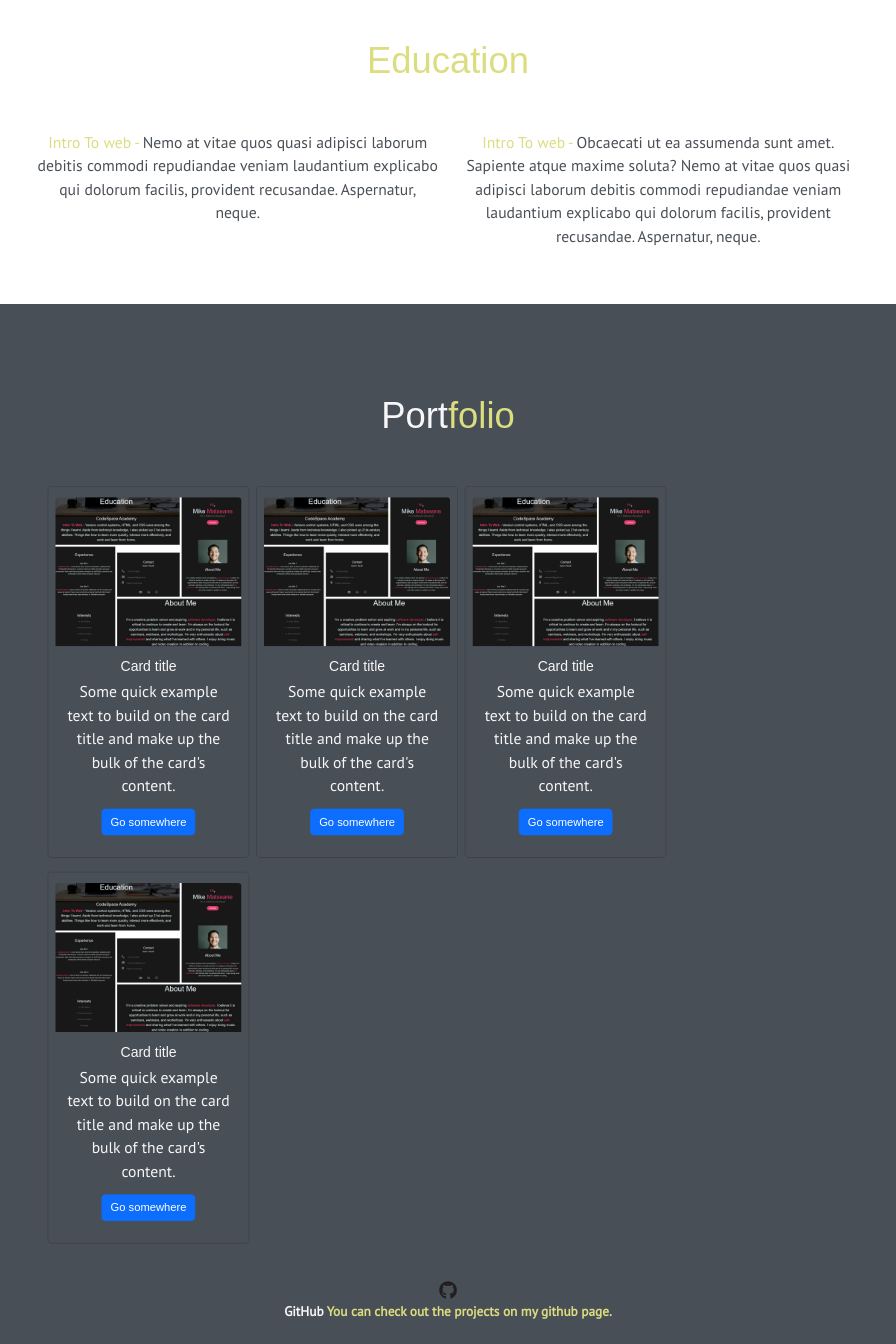
Repository: mikempho/resume10-Final
Page: resume10.html
The author's editor kept a copy of each file at every save. The page is drawn from the files as they stood at one save, then again after the next save.
The browser window is 1280 px wide. The pictures show the part of the page from y = 1755 to 3675 px (the page is 4379 px tall), at 70% of full size.
Some web fonts or font styles are not loaded; a fallback is used. Some web libraries are served in a nearby version.

Above is the page before, as saved 2022-05-19 18:12:14.

### resume10.html
<html lang="en">
<head>
    <meta charset="UTF-8">
    <meta http-equiv="X-UA-Compatible" content="IE=edge">
    <meta name="viewport" content="width=device-width, initial-scale=1.0">
    <title>Mike Matseane</title>
    <!-- CSS only -->
    <link href="https://cdn.jsdelivr.net/npm/bootstrap@5.2.0-beta1/dist/css/bootstrap.min.css" rel="stylesheet" integrity="sha384-0evHe/X+R7YkIZDRvuzKMRqM+OrBnVFBL6DOitfPri4tjfHxaWutUpFmBp4vmVor" crossorigin="anonymous">

    <!-- Google Font -->
    <link rel="preconnect" href="https://fonts.googleapis.com">
    <link rel="preconnect" href="https://fonts.gstatic.com" crossorigin>
    <link href="https://fonts.googleapis.com/css2?family=PT+Sans&family=Paytone+One&display=swap" rel="stylesheet">

    <!-- CSS StyleSheet -->
    <link rel="stylesheet" href="./css/style.css">
</head>
<body>
    <!-- landing Section -->
    <header id="header">

        <!-- navbar section -->
        <nav class="navbar navbar-expand-lg">
            <div class="container-fluid justify-content-end fixed-position">
                <button class="navbar-toggler" type="button" data-bs-toggle="collapse" data-bs-target="#navbarSupportedContent" aria-controls="navbarSupportedContent" aria-expanded="false" aria-label="Toggle navigation">
                    <span class="navbar-toggler-icon"></span>
                </button>
                <div class="collapse navbar-collapse text-center mt-5" id="navbarSupportedContent">
                    <ul id="my-nav" class="navbar-nav me-auto mb-2 mb-lg-0">
                        <li class="nav-item">
                            <a class="nav-link nav-names" aria-current="page" href="#contact-section">Contact</a>
                        </li>
                        <li class="nav-item">
                            <a class="nav-link nav-names" aria-current="page" href="#portfolio-section">Portfolio</a>
                        </li>
                        <li class="nav-item">
                            <a class="nav-link nav-names" aria-current="page" href="#about-me-section">About Me</a>
                        </li>
                    </ul>
                </div>
            </div>
        </nav>

        <!-- hero section -->
        <div class="container-fluid hero">
            <div class="row">
                <div class="content-box col-md-6 text-align-left">
                    <h1><span>Mike</span> Matseane</h1>
                    <p>I'm an innovative web developer and video editor located in South Africa, Pretoria.</p>
                    <div class="icon-box">
                        <h6>Socials</h6>
                        <!-- Social Icons -->
                        <a href="#"><i class="fa-brands fa-instagram"></i></a>
                        <a href="#"><i class="fa-brands fa-facebook-f"></i></a>
                        <a href="#"><i class="fa-brands fa-twitter"></i></a>
                        <a href="#"><i class="fa-brands fa-linkedin"></i></a>

                    </div>
                </div>
                <!-- Illustration -->
                <div class="hero-section-img col-md-6">
                    <img src="./assets/img/undraw_laravel_and_vue_-59-tp.svg" alt="">
                </div>
            </div>
        </div>
    </header>

    <main>

        <!-- skill-stacks-tools -->
        <section id="tech-stacks-tools">
            <h6 class="sub-heading">Tech stacks and tools I Use</h6>

            <!-- Bootstrap Carousel -->
            <div id="carouselExampleSlidesOnly" class="carousel slide" data-bs-ride="carousel">
                <div class="carousel-inner">
                  <!-- Html  -->
                  <div class="carousel-item active " >
                    <img src="./assets/img/html.png"  alt="...">
                    <h6>Html</h6>
                  </div>

                  <!-- Css  -->
                  <div class="carousel-item">
                    <img src="./assets/img/css.png"  alt="...">
                    <h6>CSS</h6>
                  </div>

                  <!-- Bootstrap  -->
                  <div class="carousel-item">
                    <img src="./assets/img/bootstrap-logo.png"  alt="...">
                    <h6>Bootstrap</h6>
                  </div>

                  <!-- Github  -->
                  <div class="carousel-item">
                    <img src="./assets/img/GitHub_logo.png"  alt="...">
                    <h6>Github</h6>
                  </div>

                  <!-- Visual Studio Code  -->
                  <div class="carousel-item ">
                    <img src="./assets/img/visual-studio-code.png" alt="...">
                    <h6>visual-studio-code</h6>
                  </div>

                </div>
              </div>
        </section>

        <!-- about me section -->
        <section id="about-me-section">
            <div class="container-fluid">
                <div class="row">
                    <div class="col-md-6">
                        <!-- Responsive-->
                        <picture>
                            <source media="(max-width: 765px)" srcset="./assets/img/mobile-img.png">
                            <source media="(max-width: 992px)" srcset="./assets/img/tablet-img.png">
                            <img src="./assets/img/laptop-img.png" alt="my-profile-picture">
                        </picture>
                    </div>
                    <div class="col-md-6 content-box">
                        <h1>About <span>Me</span></h1>
                        <p>I'm a creative problem solver and aspiring software developer. I believe it is critical to continue to create and learn. I'm always on the lookout for opportunities to learn and grow at work and in my personal life, such as seminars, webinars, and workshops. I'm very enthusiastic about self-improvement and sharing what I've learned with others. I enjoy creating music, producing and editing video content in addition to coding.</p>
                    </div>
                </div>
            </div>
        </section>

        <!-- education section -->
        <section id="education-section">
            <h1><span>Education</span></h1>
            <div class="row">
                <div class="education-box col-sm-6">
                    <p><span>Intro To web -</span> Nemo at vitae quos quasi adipisci laborum debitis commodi repudiandae veniam laudantium explicabo qui dolorum facilis, provident recusandae. Aspernatur, neque.</p>
                </div>
                <div class="education-box col-sm-6">
                    <p><span>Intro To web - </span>Obcaecati ut ea assumenda sunt amet. Sapiente atque maxime soluta? Nemo at vitae quos quasi adipisci laborum debitis commodi repudiandae veniam laudantium explicabo qui dolorum facilis, provident recusandae. Aspernatur, neque.</p>
                </div>
            </div>
        </section>

        <!-- portfolio section -->
        <section id="portfolio-section">
            <div class="container-fluid">
                <h1>Port<span>folio</span></h1>
                <div class="row project-container">
                    <div class="card project-box" style="width: 18rem;">
                        <img src="./assets/img/resume-portfolio.png" class="card-img-top" alt="...">
                        <div class="card-body">
                          <h5 class="card-title">Card title</h5>
                          <p class="card-text">Some quick example text to build on the card title and make up the bulk of the card's content.</p>
                          <a href="#" class="btn btn-primary">Go somewhere</a>
                        </div>
                    </div>
                    <div class="card project-box" style="width: 18rem;">
                        <img src="./assets/img/resume-portfolio.png" class="card-img-top" alt="...">
                        <div class="card-body">
                          <h5 class="card-title">Card title</h5>
                          <p class="card-text">Some quick example text to build on the card title and make up the bulk of the card's content.</p>
                          <a href="#" class="btn btn-primary">Go somewhere</a>
                        </div>
                    </div>
                    <div class="card project-box" style="width: 18rem;">
                        <img src="./assets/img/resume-portfolio.png" class="card-img-top" alt="...">
                        <div class="card-body">
                          <h5 class="card-title">Card title</h5>
                          <p class="card-text">Some quick example text to build on the card title and make up the bulk of the card's content.</p>
                          <a href="#" class="btn btn-primary">Go somewhere</a>
                        </div>
                    </div>
                    <div class="card project-box" style="width: 18rem;">
                        <img src="./assets/img/resume-portfolio.png" class="card-img-top" alt="...">
                        <div class="card-body">
                          <h5 class="card-title">Card title</h5>
                          <p class="card-text">Some quick example text to build on the card title and make up the bulk of the card's content.</p>
                          <a href="#" class="btn btn-primary">Go somewhere</a>
                        </div>
                    </div>

                </div>

                <!-- Github link -->
                <div class="github-link">
                    <a href="#"><i class="fa-brands fa-github"></i></a>
                    <h6>GitHub <span>You can check out the projects on my github page.</span></h6>
                </div>
            </div>
        </section>

        <!-- contact-section -->
        <section id="contact-section">
            <div class="container-fluid">
                <h1>Contact <span>Information</span></h1>
                <div class="contact-box row">

                    <!-- Social icons (Links) -->
                    <div class="social-icons col-md-2">
                        <a href="#"><i class="fa-brands fa-instagram"></i></a>
                        <a href="#"><i class="fa-brands fa-facebook-f"></i></a>
                        <a href="#"><i class="fa-brands fa-twitter"></i></a>
                        <a href="#"><i class="fa-brands fa-linkedin"></i></a>
                    </div>
                    <div class="contact-info col-md-10">
                        <!-- email -->
                        <div class="email">
                            <h4>Email</h4>
                            <p>mikempho03@gmail.com</p>
                        </div>

                        <!-- location -->
                        <div class="location">
                            <h4>Location</h4>
                            <p>South Africa, Pretoria</p>
                        </div>

                        <!-- Phone -->
                        <div class="phone">
                            <h4>Phone</h4>
                            <p>068 145 4883</p>
                        </div>
                    </div>
                </div>
                <h5 class="home"><a href="#header"><img src="./assets/img/arrow-up-solid.svg" alt=""></a></h5>
            </div>
        </section>
    </main>
    <!-- Font Awesome -->
    <script src="https://kit.fontawesome.com/80b57f53cf.js" crossorigin="anonymous"></script>

    <!-- JavaScript Bundle with Popper -->
    <script src="https://cdn.jsdelivr.net/npm/bootstrap@5.2.0-beta1/dist/js/bootstrap.bundle.min.js" integrity="sha384-pprn3073KE6tl6bjs2QrFaJGz5/SUsLqktiwsUTF55Jfv3qYSDhgCecCxMW52nD2" crossorigin="anonymous"></script>
</body>
</html>

### css/style.css
/* Universal */

body {
    margin: 0;
    box-sizing: border-box;
    color: #494F56;
    font-family: 'Paytone One', sans-serif;
    text-align: center;
}

h1 {
    font-size: 35px;
}

h6 {
    font-size: 13px;
    font-family: 'PT Sans', sans-serif;
    font-weight: bold;
}

p {
    font-size: 1rem;
    font-family: 'PT Sans', sans-serif;
}

span {
    color: #DBDD80;
}

a i:hover {
    color: #DBDD80;
    transition:0.6s;
    transform: translateY(-10px)
}

/* header section*/
#header {
    background-color: #EBEBEB;
}

/* navbar */
.nav-names {
    text-transform: uppercase;
    margin: 5px 0;
}

/* hero section */
.hero, #education-section{
    padding: 20% 4% 5% 4%;
}

.icon-box {
    margin: 15% 0;
}

#header i {
    font-size: 21px;
    margin: 5px 8px;
    color: #231F20;
    transition:1s;
}

.hero-section-img img {
    width: 250px;
}

/* skill-stacks-tools */
#tech-stacks-tools {
    background-color: #EBEBEB;

}

.carousel-item img {
    width: 100px;
    padding: 15px;
}

#tech-stacks-tools .sub-heading{
    text-transform: capitalize;
    padding: 20px;
}

/* about-me-section */
/* Dark Background */
#about-me-section, #portfolio-section{
    padding: 20% 4%;
    background-color: #494F56;
    color: #F7F7F9;
}

#about-me-section img{
    width: 90%;
    padding-top: 10px;
}

/* portfolio section */
.project-box {
    margin:10px 5px;
    padding: 15px 10px;
    background-color: #494F56;
}

.project-box h1 {
    text-transform: uppercase;
    font-size: 20px;
}

.project-container, .education-box{
    margin: 60px 0 0 0;
}

.github-link {
    margin-top: 40px;
}

.github-link i, .social-icons i {
    font-size: 26px;
    margin: 5px 8px;
    color: #231F20;
    transition:1s;
}

/* contact-section */
#contact-section {
    padding: 20% 4%;
}

.social-icons {
    margin: 10% 0 8% 0;
}

.contact-info {
    text-align: left;
    margin-left:5% ;
}

.home img{
    width: 5%;
    transition:1s;
    position: absolute;
    right: 25px;
    top: 30rem;
    position: fixed;
}

.home img:hover {
    transition:0.6s;
    transform: translateY(-10px);
}

/* Tablet Responsive */
@media screen and (min-width:768px) {
    /* header section*/
    .navbar {
        padding: 30px 50px 5px  50px;
    }
    .content-box {
        text-align: left;
    }

    .hero {
        padding: 20% 8% 5% 10%;
    }

    #education-section, #about-me-section, #portfolio-section, #contact-section{
        padding: 10% 4% 5% 4%;
    }

    /* contact section */
    .social-icons a {
        display: block;
        width: 10%;
        padding-top: 10px ;
    }

    .social-icons {
        padding-left: 60px;
    }

    .contact-info div{
        display: inline-block;
        margin: 0 20px;
    }

   .contact-info {
       margin-left: 0%;
   }

   #contact-section .row {
       align-items: center;
   }

}

/* Laptop and desktop Responsive */

@media screen and (min-width:992px){

    /* font resize */
    h1 {
        font-size: 52px;
    }

    h6 {
        font-size: 19px;

    }

    p {
        font-size: 1.4rem;
    }

    /* header */
    #my-nav {
        justify-content: space-around;
        width: 100%;
        background-color: #EBEBEB;
    }

    .navbar {
        padding: 0px 70px;
    }
}

After the next save:
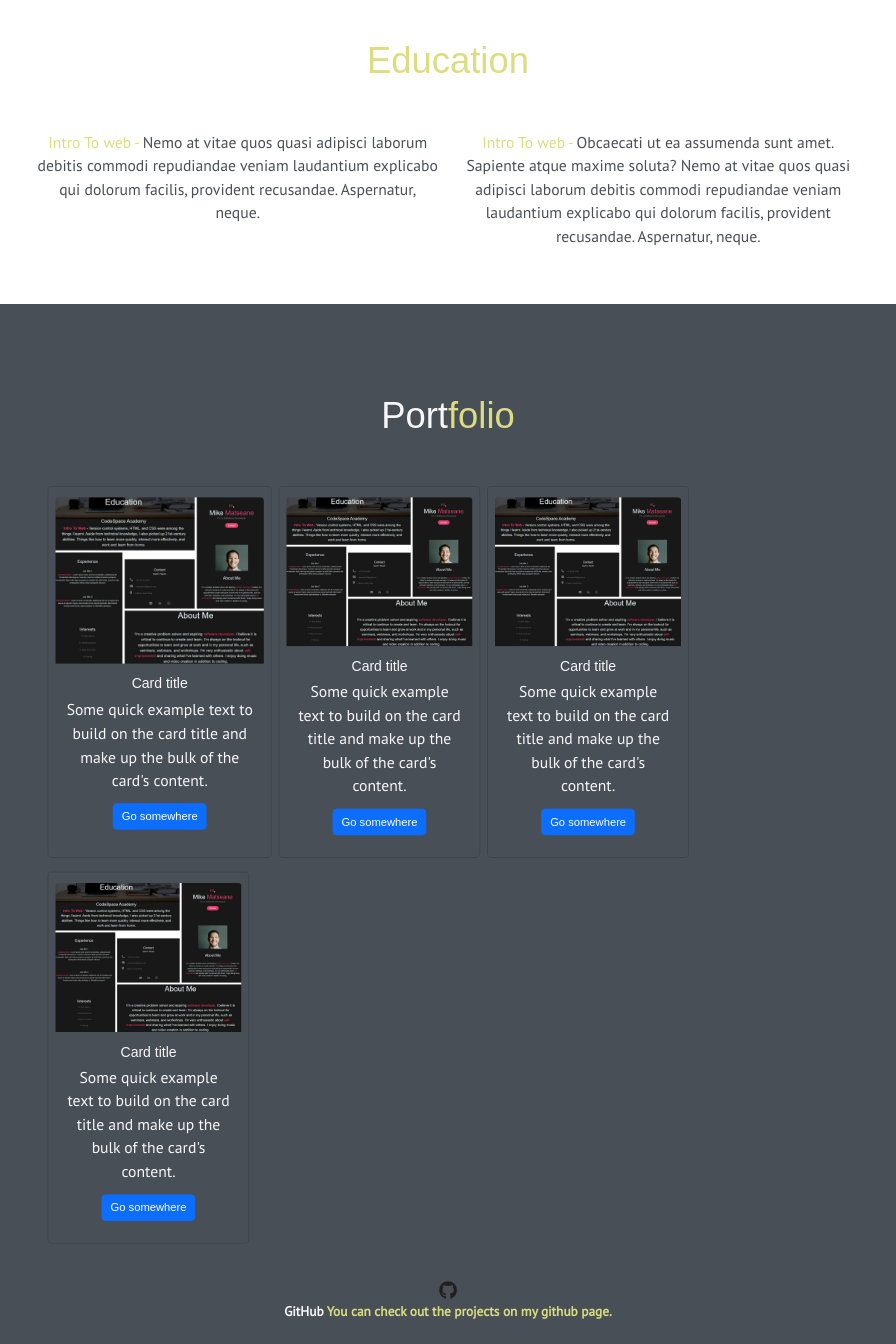
Saved 2 min 12 s later.
--- a/resume10.html
+++ b/resume10.html
@@ -146,7 +146,7 @@
             <div class="container-fluid">
                 <h1>Port<span>folio</span></h1>
                 <div class="row project-container">
-                    <div class="card project-box" style="width: 18rem;">
+                    <div class="card project-box" style="width: 20rem;">
                         <img src="./assets/img/resume-portfolio.png" class="card-img-top" alt="...">
                         <div class="card-body">
                           <h5 class="card-title">Card title</h5>

After the save that followed:
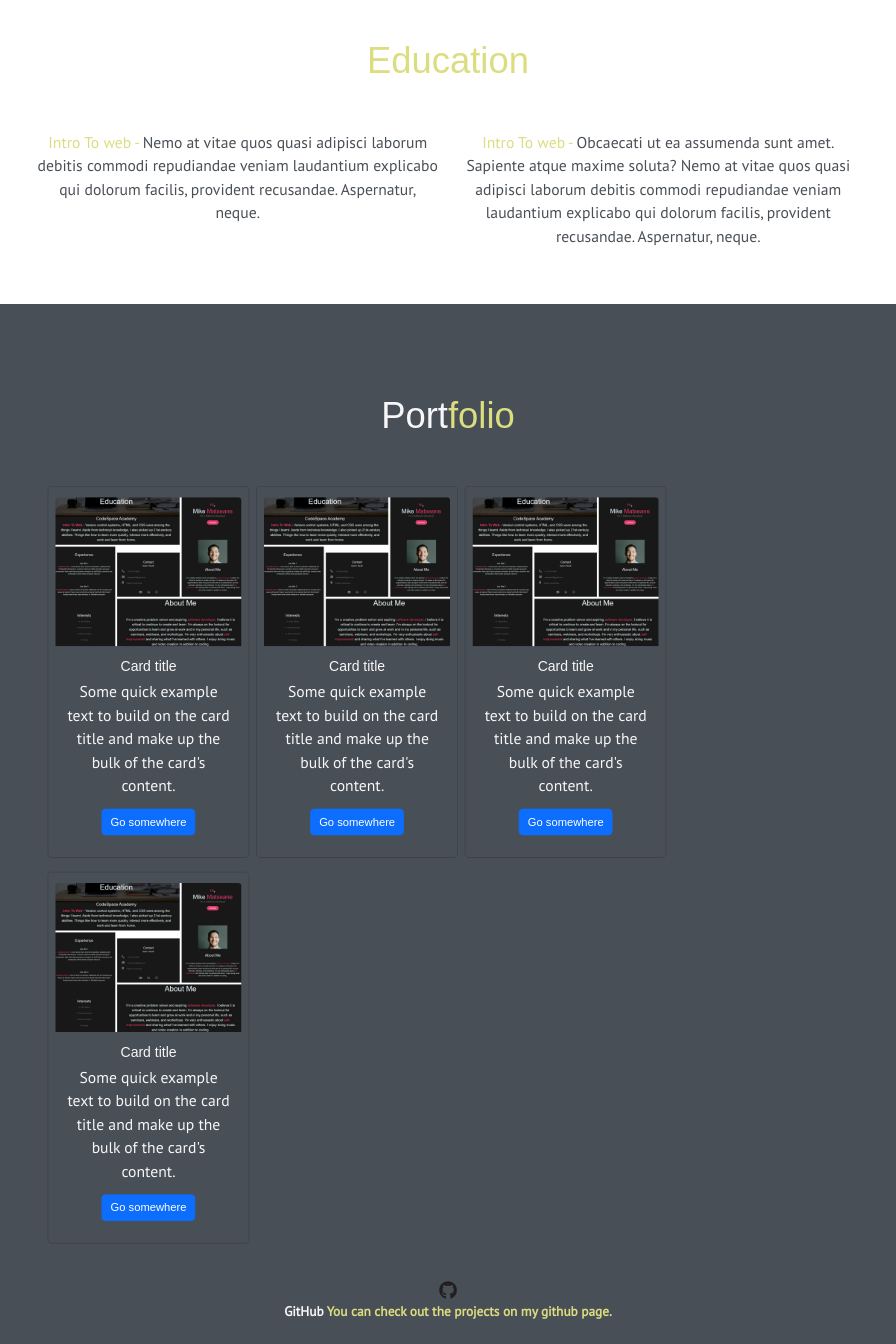
Saved 31 s later.
--- a/resume10.html
+++ b/resume10.html
@@ -146,7 +146,7 @@
             <div class="container-fluid">
                 <h1>Port<span>folio</span></h1>
                 <div class="row project-container">
-                    <div class="card project-box" style="width: 20rem;">
+                    <div class="card project-box" style="width: 18rem;">
                         <img src="./assets/img/resume-portfolio.png" class="card-img-top" alt="...">
                         <div class="card-body">
                           <h5 class="card-title">Card title</h5>
